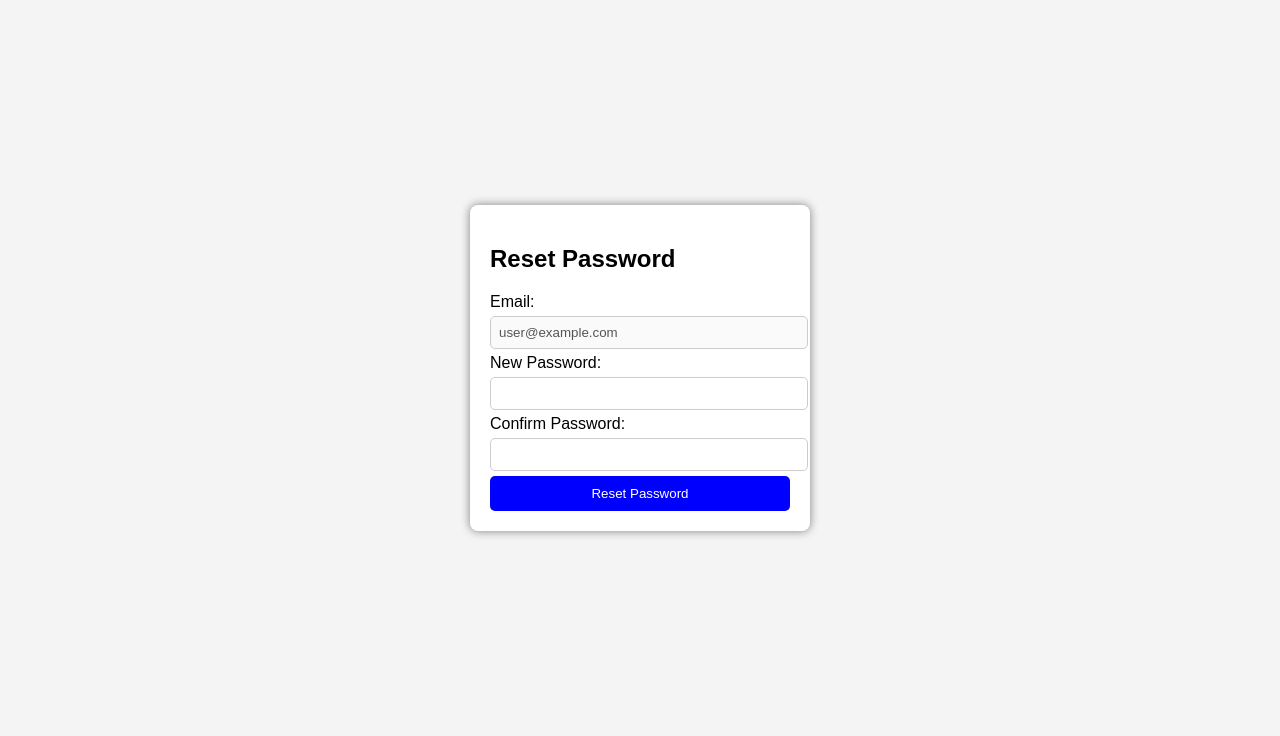
Repository: rahulmadasuongole/Demo
Page: firstwedapp/build/classes/webapp/reset.html
These files come from the project's save history. The page is drawn as it stood at one moment and after the next save; the edit follows.
The browser window is 1280 px wide. The pictures show the whole page.

Above is the page before, as saved 2025-03-06 07:15:02.

After the next save:
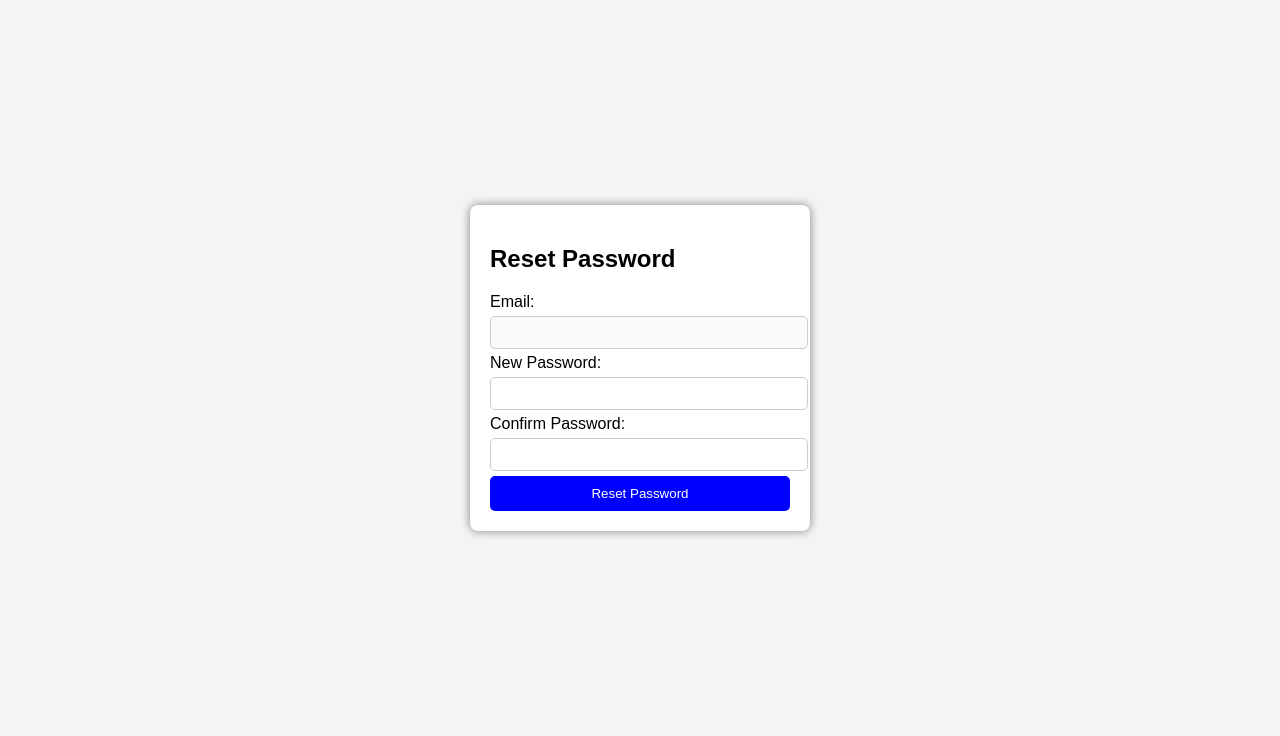
Saved 2 min 17 s later.
--- a/firstwedapp/build/classes/webapp/reset.html
+++ b/firstwedapp/build/classes/webapp/reset.html
@@ -58,36 +58,8 @@
         <button onclick="resetPassword()">Reset Password</button>
     </div>
 
-    <script>
-        // Simulating getting the email from the URL token or session
-        const email = "user@example.com"; // Replace with actual email from backend
-        document.getElementById("email").value = email;
 
-        function resetPassword() {
-            const newPassword = document.getElementById("newPassword").value;
-            const confirmPassword = document.getElementById("confirmPassword").value;
 
-            if (newPassword.length < 6) {
-                alert("Password must be at least 6 characters.");
-                return;
-            }
-
-            if (newPassword !== confirmPassword) {
-                alert("Passwords do not match.");
-                return;
-            }
-
-            // Send new password to the server (example using fetch)
-            fetch("/reset-password", {
-                method: "POST",
-                headers: { "Content-Type": "application/json" },
-                body: JSON.stringify({ email, newPassword }),
-            })
-            .then(response => response.json())
-            .then(data => alert(data.message))
-            .catch(error => console.error("Error:", error));
-        }
-    </script>
 
 </body>
 </html>
